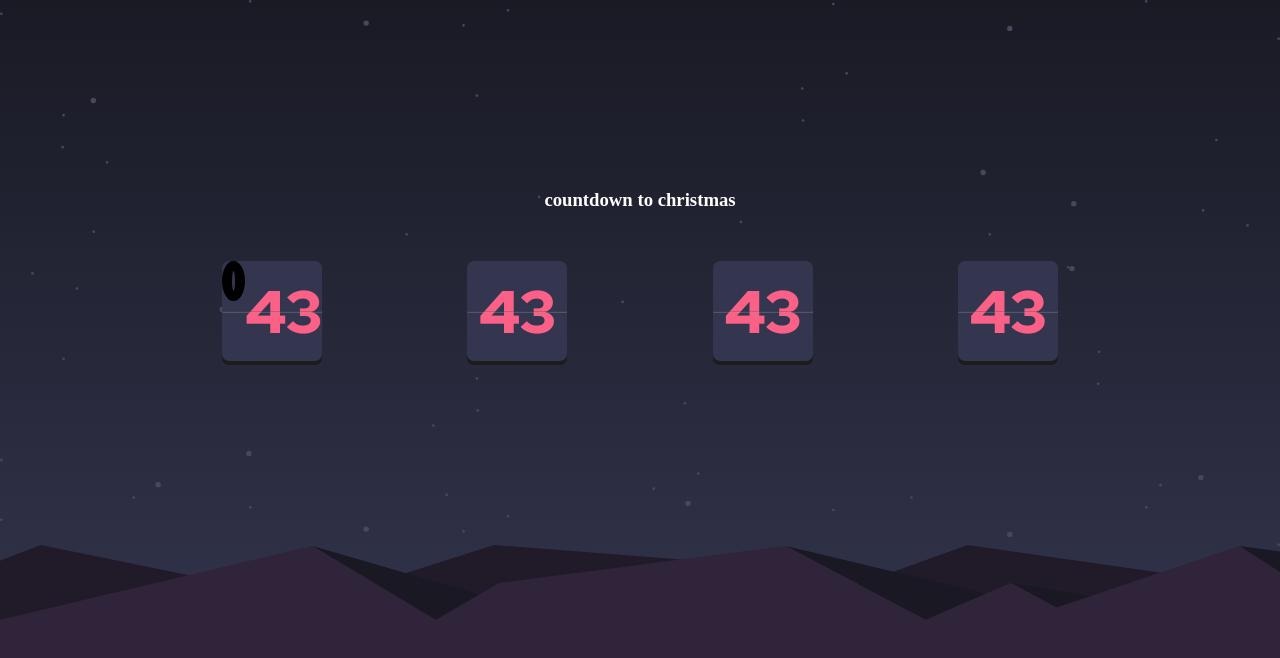
Repository: Eugene44-hub/countdown
Page: index.html
These files come from the project's save history. The page is drawn as it stood at one moment and after the next save; the edit follows.
The browser window is 1280 px wide. The pictures show the whole page.

Above is the page before, as saved 2021-09-12 03:44:31.

### index.html
<!DOCTYPE html>
<html lang="en">

<head>
    <meta charset="UTF-8">
    <meta http-equiv="X-UA-Compatible" content="IE=edge">
    <meta name="viewport" content="width=device-width, initial-scale=1.0">
    <title>Document</title>
    <link rel="stylesheet" href="style.css">
</head>

<body>
    <div class="container">


        <div class="timer ">
            <h3 class="col10">countdown to christmas</h3>
            <div class="card">
                <div class="circle"></div>
                <p>43</p>
                <hr> </div>
            <div class="card">
                <p>43</p>
                <hr>
            </div>
            <div class="card">
                <p>43</p>
                <hr>
            </div>
            <div class="card">
                <p>43</p>
                <hr>
            </div>

        </div>

    </div>
    <script src="app.js"></script>

</body>

</html>

</html>

### style.css
@import url('https://fonts.googleapis.com/css2?family=Red+Hat+Text:wght@700&display=swap');
* {
    padding: 0;
    margin: 0;
    box-sizing: border-box;
}

body {
    /* background-color: hsl(235, 16%, 14%); */
    /* background-color: hsl(234, 17%, 12%); */
    background-image: url('images/pattern-hills.svg'), url('images/bg-stars.svg'), linear-gradient( hsl(235, 18%, 12%), hsl(236, 21%, 26%));
    background-position: bottom, top;
    background-repeat: no-repeat, repeat;
    background-size: contain;
    background-attachment: fixed;
}

.container {
    display: flex;
    width: 100%;
    height: 500px;
    flex-wrap: wrap;
    text-align: center;
}

.col10 {
    flex: 100%;
    margin: auto;
}

h3 {
    color: white;
    padding: 50px;
    font-family: 'Red Text Hat';
}

.timer {
    margin: auto;
    display: flex;
    flex-wrap: wrap;
    justify-content: space-between;
    padding: 30px;
    width: 70%;
}

.card {
    background-color: hsl(236, 21%, 26%);
    width: 100px;
    height: 100px;
    position: relative;
    /* overflow: hidden; */
    box-shadow: 0px 4px rgb(29, 27, 27);
    border-radius: 7px;
    display: flex;
}

p {
    font-size: 60px;
    font-family: 'Red Hat Text';
    color: hsl(345, 95%, 68%);
    margin: auto;
}

.circle {
    height: 40px;
    width: 40px;
    border-width: 10px;
    border-radius: 50%;
    border-color: black;
    border-style: solid;
}

hr {
    position: absolute;
    width: 100%;
    top: 50%;
    left: 0%;
    border-color: rgb(158, 158, 158);
    opacity: 0.3;
}


/* timer color  hsl(345, 95%, 68%)
timer card color hsl(237, 18%, 59%)
* /

### app.js
const proposed = new Date('2021-12-25');
const current = new Date();

const proArr = [proposed.getHours(), proposed.getMinutes(), proposed.getSeconds(), proposed.getDay(), proposed.getMonth()]
console.log('proposed days:' + (((proArr.at(-1) * 31) - 7) + proposed.getDate()));
console.log('current days:' + (((current.getMonth() * 31) - 5) + current.getDate()));

console.log((((proArr.at(-1) * 31) - 7) + proposed.getDate()) - (((current.getMonth() * 31) - 5) + current.getDate()) + 'days to christmas');

console.log('hours:' + (24 - current.getHours()));
console.log('minutes:' + (60 - current.getMinutes()));
console.log('hours:' + (60 - current.getSeconds()));

// let cal = proposed. - current;
// console.log(proposed);
// console.log(current.getDate());
// console.log(proArr.at(-1) + 1);
// let another = new Date(cal);
// console.log(another)
//359-253 propsed day - current day(mth*31-7) for september minus 6

After the next save:
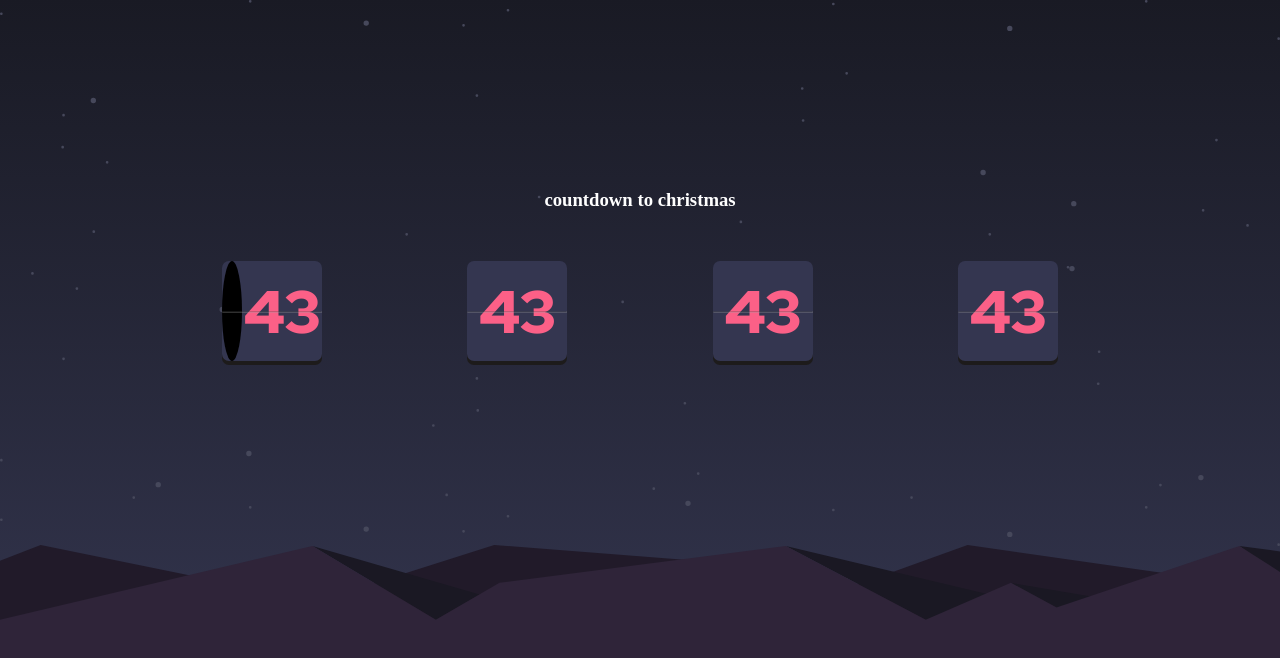
Saved 11 s later.
--- a/style.css
+++ b/style.css
@@ -62,8 +62,6 @@ p {
 }
 
 .circle {
-    height: 40px;
-    width: 40px;
     border-width: 10px;
     border-radius: 50%;
     border-color: black;
